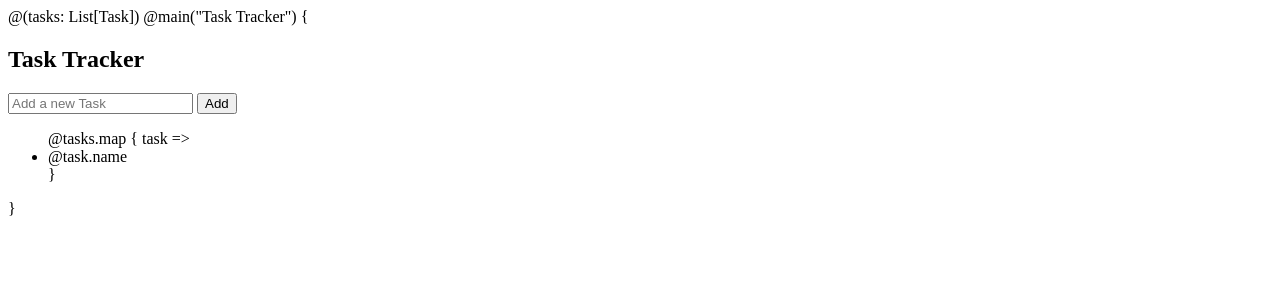
Repository: JohnSchoolProjects/LearningPlay
Page: Samples/Chapter1/SampleApp/just-play-scala/app/views/index.scala.html
These files come from the project's save history. The page is drawn as it stood at one moment and after the next save; the edit follows.
The browser window is 1280 px wide. The pictures show the whole page.

Above is the page before, as saved 2016-04-30 19:49:54.

### Samples/Chapter1/SampleApp/just-play-scala/app/views/index.scala.html
@(tasks: List[Task])

@main("Task Tracker") {

	<h2>Task Tracker</h2>

	<div>
		<form action = "@routes.TaskController.newTask()" method = "post">
			<input type="text" name="taskName" placeholder = "Add a new Task" required>
			<input type="submit" value="Add">
		</form>

		<div>
			<ul>
				@tasks.map { task =>
					<li>
						@task.name
					</li>
				}
			</ul>
		</div>

	</div>
}

After the next save:
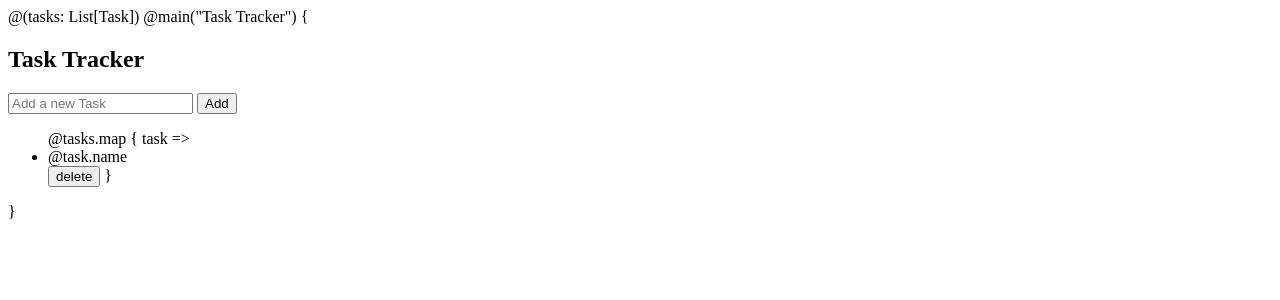
Saved 21 min 51 s later.
--- a/Samples/Chapter1/SampleApp/just-play-scala/app/views/index.scala.html
+++ b/Samples/Chapter1/SampleApp/just-play-scala/app/views/index.scala.html
@@ -16,6 +16,7 @@
 					<li>
 						@task.name
 					</li>
+					<input type="button" value="delete" action="@routes.TaskController.delete(task.id)"/>
 				}
 			</ul>
 		</div>
